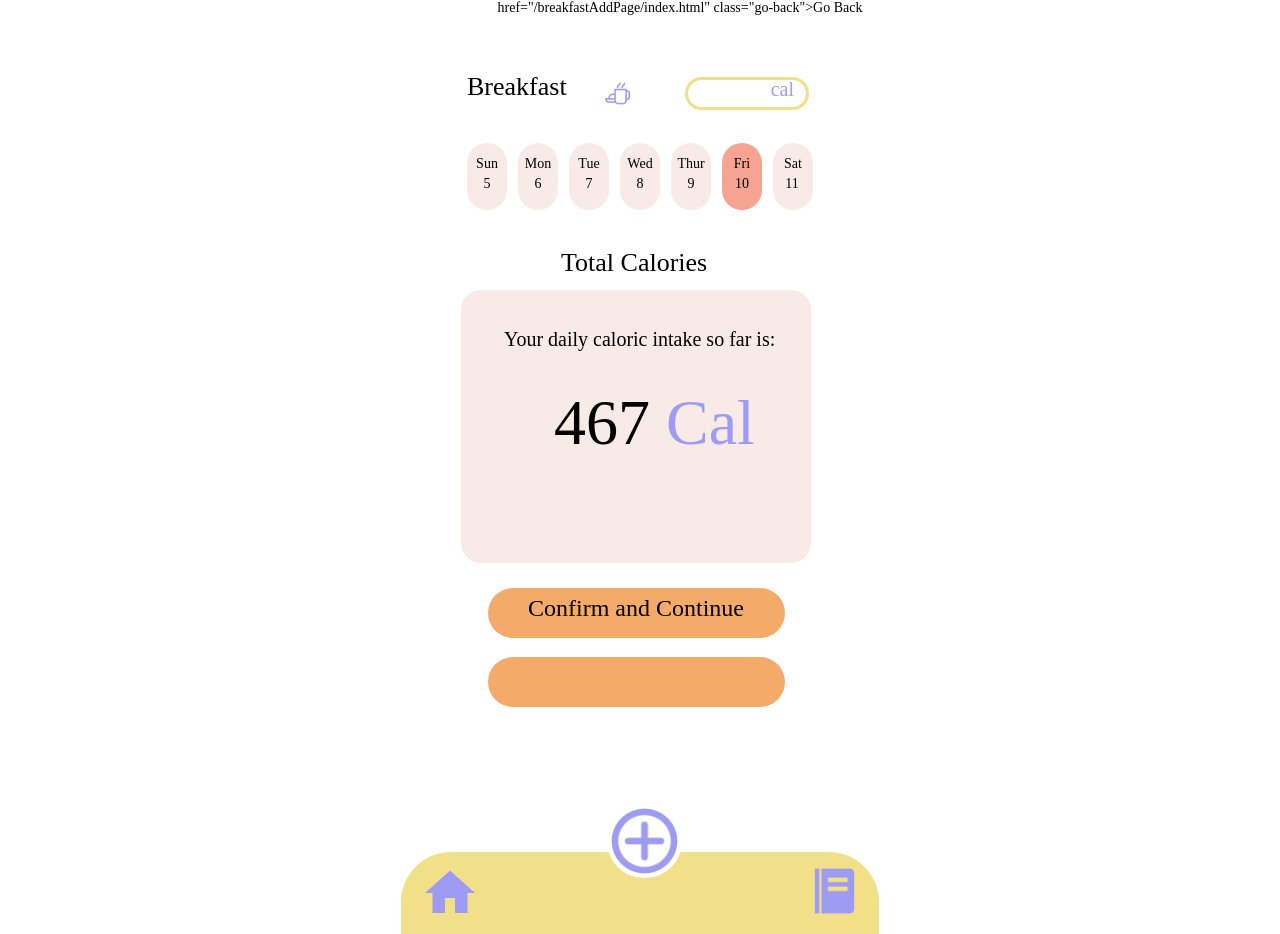
Repository: MeowCeline00/G5-Calorie-Tracker
Page: BreakfastCalCounter/index.html
The author's editor kept a copy of each file at every save. The page is drawn from the files as they stood at one save, then again after a run of saves.
The browser window is 1280 px wide. The pictures show the whole page.

Above is the page before, as saved 2024-05-26 06:06:37.

### BreakfastCalCounter/index.html
<!DOCTYPE html>
<html>
<head>
  	<meta charset="utf-8">
  	<meta name="viewport" content="initial-scale=1, width=device-width">

  	<link rel="stylesheet" href="./global.css" />
  	<link rel="stylesheet"  href="./index.css" />

</head>
<body>
	<div class="pageContainer">
		<div class="pageInnerContainer">
			<!-- <div class="add-page-container"> -->
  	<div class="add-page">
    		<div class="add-page-child">
    		</div>
    		<div class="add-page-item">
    		</div>
    		<div class="add-page-inner">
    		</div>
    		<div class="rectangle-div">
    		</div>
    		<div class="add-page-child1">
    		</div>
    		<div class="add-page-child2">
    		</div>
    		<div class="add-page-child3">
    		</div>
    		<div class="add-page-child4">
    		</div>

    		<div class="total-calories">Total Calories</div>
    		<div class="breakfast">Breakfast</div>
    		<div class="div">5</div>
    		<div class="sun">Sun</div>
    		<div class="mon">Mon</div>
    		<div class="tue">Tue</div>
    		<div class="wed">Wed</div>
    		<div class="thur">Thur</div>
    		<div class="fri">Fri</div>
    		<div class="sat">Sat</div>
    		<div class="div1">6</div>
    		<div class="div2">7</div>
    		<div class="div3">8</div>
    		<div class="div4">9</div>
    		<div class="div5">10</div>
    		<div class="div6">11</div>
    		<div class="add-page-child5">
    		</div>
    		<div class="add-page-child6">
    		</div>
    		<div class="confirm-and-continue">Confirm and Continue</div>
    		<div><a></a> href="/breakfastAddPage/index.html" class="go-back"></a>Go Back</div>
    		<div class="add-page-child7">
    		</div>
    		<div class="cal">cal</div>
    		<img class="fluent-mdl2breakfast-icon" alt="breakfast" src="/Images/fluent-mdl2_breakfast.png">

    		<div class="add-page-child8">
    		</div>
    		<div class="your-daily-caloric">Your daily caloric intake so far is:</div>
    		<div class="cal1">
      			<span>467</span>
      			<span class="cal2">Cal</span>
			</div>
			</div>

	  <div class="navBarContainer">
		<div class="navBar">
		<a href="/index.html"><img class="image1" src="/Images/Vector.png"></a>
		<a href="/index.html"><img class="image02"src="/Images/vector02.png"></a>
		<a href="/index.html"><img class="image03" src="/Images/Vector1.png"></a>
		</div>
	</div>
</div>
</div>
<script src="/scripts/navbar.js"></script>
</body>
</html>

### BreakfastCalCounter/global.css

body {
    margin: 0;
    line-height: normal;
}


:root {

    --body-20-medium: Catamaran;
    --heading-26-regular: Saira;

    --body-20-medium-size: 20px;
    --body-24-regular-size: 24px;
    --font-size-sm: 14px;
    --heading-26-regular-size: 26px;

    --color-cornflowerblue: #9e9bf2;
    --color-black: #000;
    --lighter-nav-bar: rgba(247, 232, 229, 0.9);
    --yellow: #f2e088;
    --color-sandybrown: rgba(242, 149, 68, 0.8);

    --br-xl: 20px;
    --br-17xl: 36px;

}

### BreakfastCalCounter/index.css
.add-page-child {
    position: absolute;
    top: 582px;
    left: 0px;
    width: 393px;
    height: 55px;
}
.add-page-item {
    position: absolute;
    top: 143px;
    left: 26px;
    border-radius: var(--br-xl);
    background-color: var(--lighter-nav-bar);
    width: 40px;
    height: 67px;
}
.add-page-inner {
    position: absolute;
    top: 143px;
    left: 77px;
    border-radius: var(--br-xl);
    background-color: var(--lighter-nav-bar);
    width: 40px;
    height: 67px;
}
.rectangle-div {
    position: absolute;
    top: 143px;
    left: 128px;
    border-radius: var(--br-xl);
    background-color: var(--lighter-nav-bar);
    width: 40px;
    height: 67px;
}
.add-page-child1 {
    position: absolute;
    top: 143px;
    left: 179px;
    border-radius: var(--br-xl);
    background-color: var(--lighter-nav-bar);
    width: 40px;
    height: 67px;
}
.add-page-child2 {
    position: absolute;
    top: 143px;
    left: 230px;
    border-radius: var(--br-xl);
    background-color: var(--lighter-nav-bar);
    width: 40px;
    height: 67px;
}
.add-page-child3 {
    position: absolute;
    top: 143px;
    left: 281px;
    border-radius: var(--br-xl);
    background-color: rgba(242, 126, 99, 0.7);
    width: 40px;
    height: 67px;
}
.add-page-child4 {
    position: absolute;
    top: 143px;
    left: 332px;
    border-radius: var(--br-xl);
    background-color: var(--lighter-nav-bar);
    width: 40px;
    height: 67px;
}
.nav-bar-icon {
    position: absolute;
    top: 726px;
    left: 0px;
    width: 393px;
    height: 126px;
}
.total-calories {
    position: absolute;
    top: 248px;
    left: 120px;
    font-size: var(--heading-26-regular-size);
    font-weight: 500;
    font-family: var(--heading-26-regular);
    text-align: left;
    display: inline-block;
    width: 163px;
    height: 42px;
}
.breakfast {
    position: absolute;
    top: 72px;
    left: 26px;
    font-size: var(--heading-26-regular-size);
    font-weight: 500;
    font-family: var(--heading-26-regular);
    text-align: left;
    display: inline-block;
    width: 130px;
    height: 42px;
}
.div {
    position: absolute;
    top: 176px;
    left: 26px;
    display: inline-block;
    width: 40px;
    height: 42px;
}
.sun {
    position: absolute;
    top: 156px;
    left: 26px;
    display: inline-block;
    width: 40px;
    height: 20px;
}
.mon {
    position: absolute;
    top: 156px;
    left: 77px;
    display: inline-block;
    width: 40px;
    height: 20px;
}
.tue {
    position: absolute;
    top: 156px;
    left: 128px;
    display: inline-block;
    width: 40px;
    height: 20px;
}
.wed {
    position: absolute;
    top: 156px;
    left: 179px;
    display: inline-block;
    width: 40px;
    height: 20px;
}
.thur {
    position: absolute;
    top: 156px;
    left: 230px;
    display: inline-block;
    width: 40px;
    height: 20px;
}
.fri {
    position: absolute;
    top: 156px;
    left: 281px;
    display: inline-block;
    width: 40px;
    height: 20px;
}
.sat {
    position: absolute;
    top: 156px;
    left: 332px;
    display: inline-block;
    width: 40px;
    height: 20px;
}
.div1 {
    position: absolute;
    top: 176px;
    left: 77px;
    display: inline-block;
    width: 40px;
    height: 42px;
}
.div2 {
    position: absolute;
    top: 176px;
    left: 128px;
    display: inline-block;
    width: 40px;
    height: 42px;
}
.div3 {
    position: absolute;
    top: 176px;
    left: 179px;
    display: inline-block;
    width: 40px;
    height: 42px;
}
.div4 {
    position: absolute;
    top: 176px;
    left: 230px;
    display: inline-block;
    width: 40px;
    height: 42px;
}
.div5 {
    position: absolute;
    top: 176px;
    left: 281px;
    display: inline-block;
    width: 40px;
    height: 42px;
}
.div6 {
    position: absolute;
    top: 176px;
    left: 332px;
    display: inline-block;
    width: 38px;
    height: 42px;
}
.add-page-child5 {
    position: absolute;
    top: 588px;
    left: 47px;
    border-radius: var(--br-17xl);
    background-color: var(--color-sandybrown);
    width: 297px;
    height: 50px;
}
.add-page-child6 {
    position: absolute;
    top: 657px;
    left: 47px;
    border-radius: var(--br-17xl);
    background-color: var(--color-sandybrown);
    width: 297px;
    height: 50px;
}
.confirm-and-continue {
    position: absolute;
    top: 595px;
    left: 80px;
    font-size: var(--body-24-regular-size);
    display: inline-block;
    width: 230px;
    height: 42px;
}
.go-back {
    position: absolute;
    top: 664px;
    left: 80px;
    font-size: var(--body-24-regular-size);
    display: inline-block;
    width: 230px;
    height: 42px;
    cursor: pointer;
    text-decoration: none;
}
.add-page-child7 {
    position: absolute;
    top: 77px;
    left: 244px;
    border-radius: var(--br-xl);
    background-color: #fff;
    border: 3px solid var(--yellow);
    box-sizing: border-box;
    width: 124px;
    height: 33px;
}
.cal {
    position: absolute;
    top: 78px;
    left: 313px;
    font-size: var(--body-20-medium-size);
    font-weight: 500;
    color: var(--color-cornflowerblue);
    text-align: right;
    display: inline-block;
    width: 40px;
    height: 23px;
}
.fluent-mdl2breakfast-icon {
    position: absolute;
    top: 81px;
    left: 164px;
    width: 25px;
    height: 25px;
}
.add-page-child8 {
    position: absolute;
    top: 290px;
    left: 20px;
    border-radius: var(--br-xl);
    background-color: var(--lighter-nav-bar);
    width: 350px;
    height: 273px;
}
.your-daily-caloric {
    position: absolute;
    top: 328px;
    left: 63px;
    font-size: var(--body-20-medium-size);
}
.cal2 {
    color: var(--color-cornflowerblue);
}
.cal1 {
    position: absolute;
    top: 386px;
    left: 113px;
    font-size: 64px;
    text-align: right;
}
.add-page {
    width: 100%;
    position: relative;
    background-color: rgba(255, 255, 255, 0.92);
    height: 852px;
    overflow: hidden;
    text-align: center;
    font-size: var(--font-size-sm);
    color: var(--color-black);
    font-family: var(--body-20-medium);
    left: 40px;
}


.navBar {
    background-color: #F2E088;
    width: 430px;
    height: 50px;
    display: flex;
    flex-direction: row;
    justify-content: space-between;
    align-items: center;
    padding-left: 1.5em;
    padding-right: 1.5em;
    padding-top: 1em;
    padding-bottom: 1em;
    border-top-left-radius: 50px;
    border-top-right-radius: 50px;
}

.image1 {
    width: 50px;
    height: 42.5;
}
.image02 {
    position: relative;
    width: 66.67px;
    height: 66.67px;
    background-color: #fff;
    padding:0.25em ;
    border-radius: 360px;
    top: -50px;
}

.image03 {
    width: 41.25px;
    height: 45.58;
}

.navBar a {
    padding: 0em;
    margin: 0em;
}

.pageContainer {
    display: flex;

    flex-direction: column;
    align-items: center;


}
.pageInnerContainer {
    display: flex;
    flex-direction: column;
    align-items: center;
    justify-content: center;

}

.add-page-container {
    display: flex;
    justify-content: center;
    flex-direction: column;
}

### scripts/navbar.js
function renderNavbar() {
    return `
      <div class="navContainer">
        <nav class="navbar">
          <div class="navItem" onclick="navigateTo('home')">
            <img src="./images/home_icon.svg" alt="Home" width="60" height="60" />
          </div>
          <div class="addButtonContainer">
            <div class="addnewButton" onclick="navigateTo('addNew')">
              <img src="./images/add_icon.svg" alt="Add" width="80" height="80" />
            </div>
          </div>
          <div class="navItem" onclick="navigateTo('recipes')">
            <img src="./images/recipes_icon.svg" alt="Recipes" width="55" height="55" />
          </div>
        </nav>
      </div>
    `;
}

After the next 4 saves:
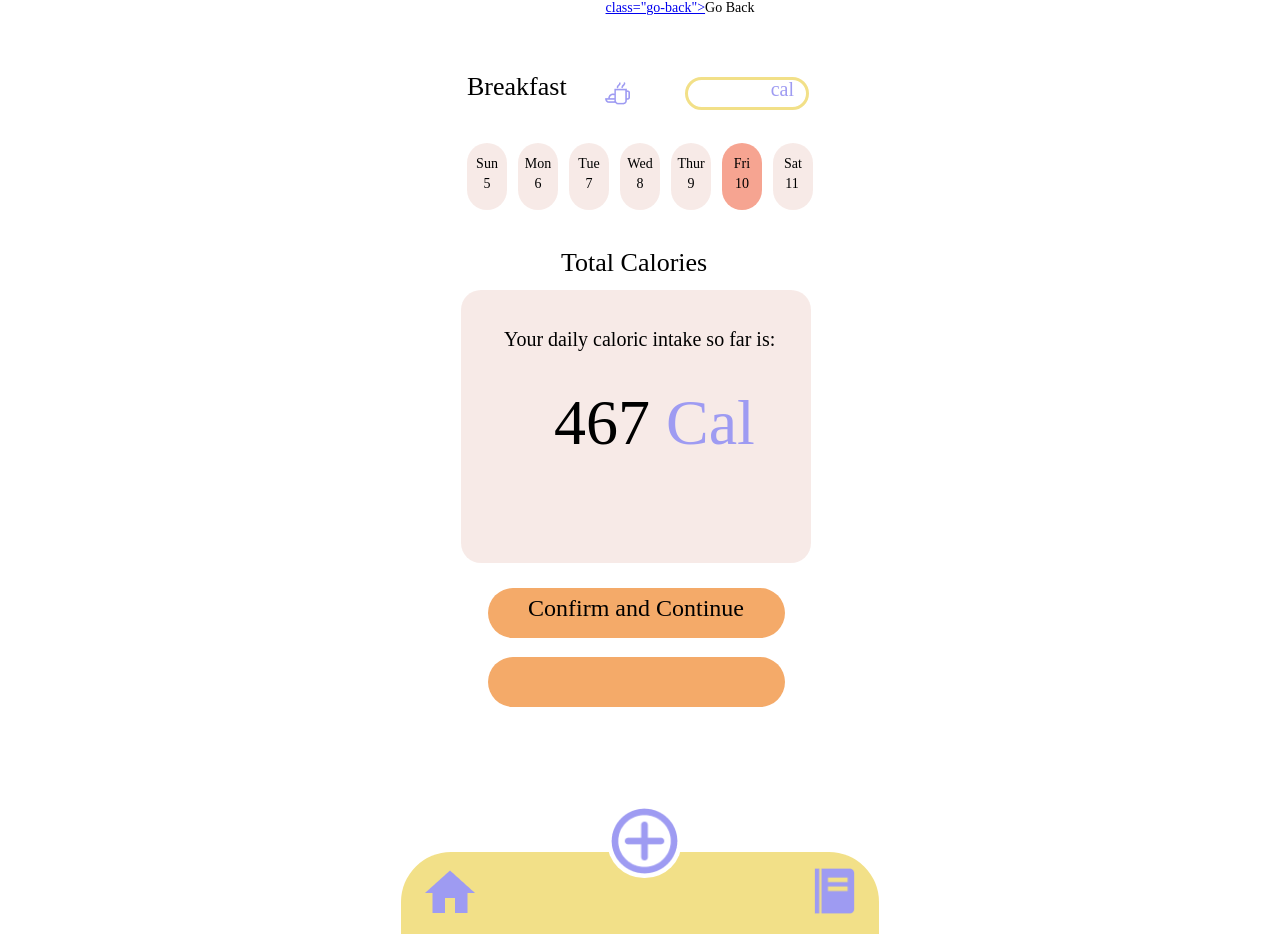
The 4 saves are shown as one change because they came seconds apart.
The last was saved 11 s later.
--- a/BreakfastCalCounter/index.html
+++ b/BreakfastCalCounter/index.html
@@ -51,7 +51,7 @@
     		<div class="add-page-child6">
     		</div>
     		<div class="confirm-and-continue">Confirm and Continue</div>
-    		<div><a></a> href="/breakfastAddPage/index.html" class="go-back"></a>Go Back</div>
+    		<div><a href="/breakfastAddPage/index.html"> class="go-back"></a>Go Back</div>
     		<div class="add-page-child7">
     		</div>
     		<div class="cal">cal</div>
